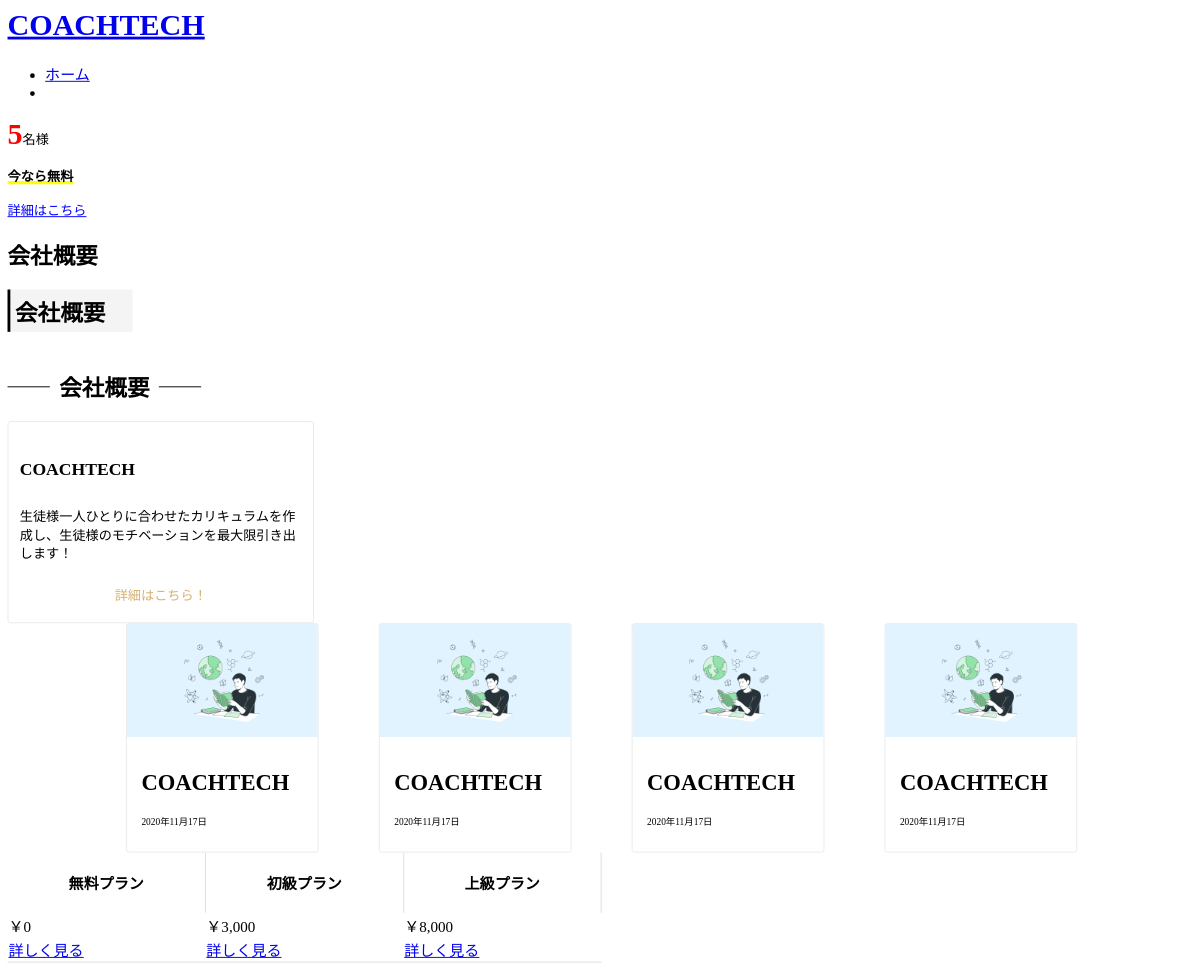
Repository: 9136424556/todo01
Page: coachtech/html-css/ホームページ基礎css2-4.html
The author's editor kept a copy of each file at every save. The page is drawn from the files as they stood at one save, then again after the next save.
The browser window is 1280 px wide. The pictures show the whole page, at 94% of full size.

Above is the page before, as saved 2023-12-04 02:53:29.

### coachtech/html-css/ホームページ基礎css2-4.html
<link rel="stylesheet" href="css/css2-4.css">
<header class="header">
    <h1 class="header-tti">
        <a href="css2-4.html">
            COACHTECH
        </a>
    </h1>
    <nav class="header-nav">
        <ul class="header-nav-list">
            <li class="header-item"><a href="css2-4.html">ホーム</a></li>
            <li class="header-item"><a href="img/card.jpg"></a></li>
        </ul>
    </nav>
</header>
<p class="text">
    <span class="emphasis">5</span>名様
</p>
<p><span class="text2">今なら無料</span></p>
<a class="link" href="#">詳細はこちら</a>
<h2 class="title"><span class="title-innet">会社概要</span></h2>
<h2 class="title3">会社概要</h2>
<h2 class="title4">会社概要</h2>
<div class="card">
    <h3 class="title5">COACHTECH</h3>
    <p class="text3">
        生徒様一人ひとりに合わせたカリキュラムを作成し、生徒様のモチベーションを最大限引き出します！
    </p>
    <a class="link2">詳細はこちら！</a>
</div>
<div class="wrapper">
    <div class="card2">
    <div class="content-img">
    <img src="./img/part.png" />
    </div>
    <div class="text-box">
    <h2>COACHTECH</h2>
    <p class="date">2020年11月17日</p>
    </div>
    </div>
    <div class="card2">
    <div class="content-img">
    <img src="./img/part.png" />
    </div>
    <div class="text-box">
    <h2>COACHTECH</h2>
    <p class="date">2020年11月17日</p>
    </div>
    </div>
    <div class="card2">
    <div class="content-img">
    <img src="./img/part.png" />
    </div>
    <div class="text-box">
    <h2>COACHTECH</h2>
    <p class="date">2020年11月17日</p>
    </div>
    </div>
    <div class="card2">
    <div class="content-img">
    <img src="./img/part.png" />
    </div>
    <div class="text-box">
    <h2>COACHTECH</h2>
    <p class="date">2020年11月17日</p>
    </div>
    </div>
    </div>
    <table>
        <tr>
            <th>無料プラン</th>
            <th>初級プラン</th>
            <th>上級プラン</th>
        </tr>
        <tr>
            <td>￥0</td>
            <td>￥3,000</td>
            <td>￥8,000</td>
        </tr>
        <tr>
            <td><a href="#">詳しく見る</a></td>
            <td><a href="#">詳しく見る</a></td>
            <td><a href="#">詳しく見る</a></td>
        </tr>
    </table>

### coachtech/html-css/css/css2-4.css
.text{
    font-size: 14px;
}
.emphasis{
    font-size: 32px;
    font-weight: bold;
    color: red;
}
.text2{
    font-size: 14px;
    font-weight: bold;
  background: linear-gradient(transparent 75%, yellow 75%);
}
.link{
    font-size: 14px;
    color: blue;
}
.title-inner{
    font-size: 24px;
    font-weight: bold;
    border-bottom: 3px dashed #000;
    padding-bottom: 1px;
}
.title3{
    padding: 5px;
    border-left: 3px solid #000;
    background: #f4f4f4;
    width: 120px;
}
.title4{
    position: relative;
    display: inline-block;
    padding: 0 55px;
}
.title4::before, .title4::after{
    content: '';
    position: absolute;
    top: 50%;
    display: inline-block;
    width: 45px;
    height: 1px;
    background-color: black;
}
.title4::before{
    left: 0;
}
.title4::after{
    right: 0;
}
.card{
    width: 300px;
    padding: 20px 12px 10px;
    border: 1px solid #e9eaea;
    border-radius: 3px;
}
.title5{
    font: 20px;
}
.text3{
    padding: 10px 0;
    font-size: 14px;
}
.link2{
    display: block;
    text-align: center;
    margin: 10px 0;
    color:#d7b071;
    font-size: 14px;
}
.wrapper{
    display: flex;
    justify-content: space-between;
    width: 80%;
    margin: 0 auto;
}
img{
    width: 100px;
    height: auto;
}
.card2{
    width: 20%;
    cursor: pointer;
    border: 1px solid #e9eaea;
    border-radius: 3px;
}
.text-box{
    padding: 15px;
}
.content-img{
    padding:10px 0;
    text-align: center;
    background: #e1f3ff;
}
.date{
    font-size: 10px;
    margin-top: 5px;
}
table{
    border-collapse: collapse;
    width: 50%;
}
table tr:last-child{
    border-bottom: 1px solid #ddd;
}
table th{
    text-align: center;
    padding: 20px 0;
    border-right: solid 1px #ddd;
}

After the next save:
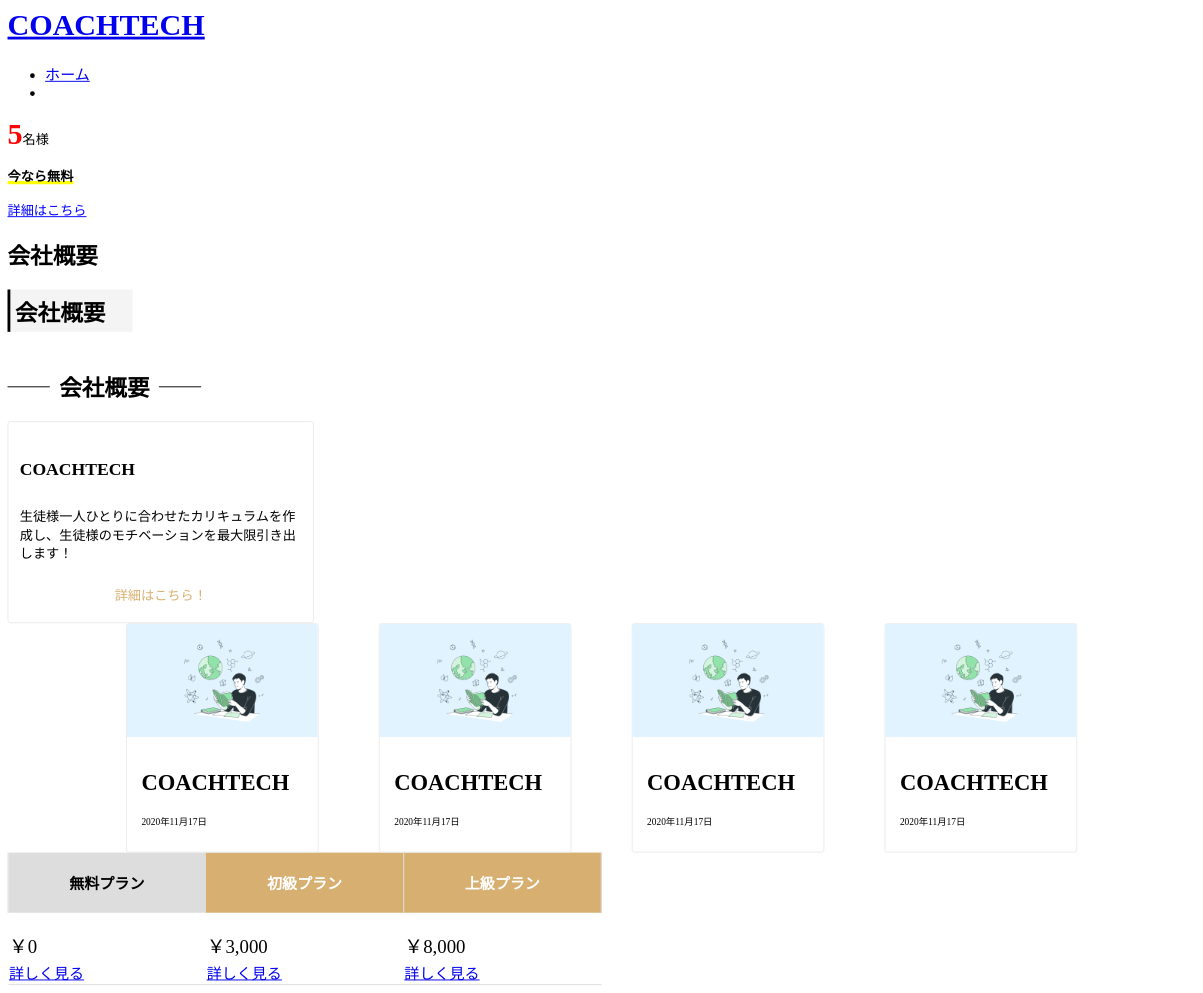
Saved 7 min 3 s later.
--- a/coachtech/html-css/css/css2-4.css
+++ b/coachtech/html-css/css/css2-4.css
@@ -106,4 +106,20 @@ table th{
     text-align: center;
     padding: 20px 0;
     border-right: solid 1px #ddd;
+    border-left: solid 1px #ddd;
 }
+table th:nth-child(1){
+ background-color: #ddd;
+}
+table th:nth-child(2){
+    background-color: #d7b071;
+    color: #fff;
+}
+table th:nth-child(3){
+    background-color: #d7b071;
+    color: #fff;
+}
+table tr:nth-child(2) td{
+    font-size: 20px;
+    padding-top: 20px;
+}
